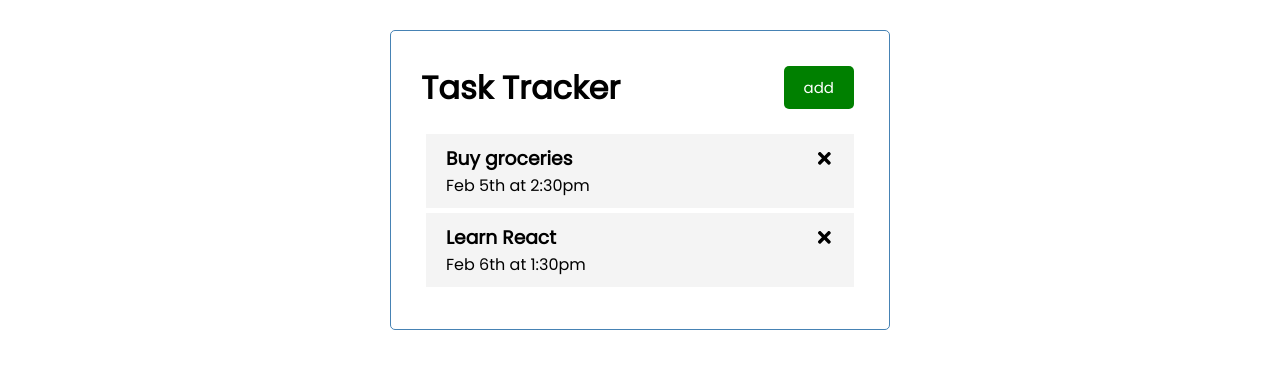
Repository: Samkiroko/task-tracker-app
Page: /
These files come from the project's save history. The page is drawn as it stood at one moment and after the next save; the edit follows.
The browser window is 1280 px wide. The pictures show the whole page.
The project was rebuilt for these pictures with package versions that can differ from the ones it lists, and the page was loaded fresh each time.

Above is the page before, as saved 2021-08-02 17:06:01.

### public/index.html
<!DOCTYPE html>
<html lang="en">

<head>
    <meta charset="utf-8" />
    <link rel="icon" href="%PUBLIC_URL%/favicon.ico" />
    <meta name="viewport" content="width=device-width, initial-scale=1" />
    <meta name="theme-color" content="#000000" />
    <meta name="description" content="Web site created using create-react-app" />
    <link rel="apple-touch-icon" href="%PUBLIC_URL%/logo192.png" />

    <link rel="manifest" href="%PUBLIC_URL%/manifest.json" />

    <title>Task tracker App</title>
</head>

<body>
    <div id="root"></div>
</body>

</html>

### src/index.css
@import url('https://fonts.googleapis.com/css2?family=Poppins:wght@300;400&display=swap');
* {
    box-sizing: border-box;
    margin: 0;
    padding: 0;
}

body {
    font-family: 'Poppins', sans-serif;
}

.container {
    max-width: 500px;
    margin: 30px auto;
    overflow: auto;
    min-height: 300px;
    border: 1px solid steelblue;
    padding: 30px;
    border-radius: 5px;
}

.header {
    display: flex;
    justify-content: space-between;
    align-items: center;
    margin-bottom: 20px;
}

.btn {
    display: inline-block;
    background: #000;
    color: #fff;
    border: none;
    padding: 10px 20px;
    margin: 5px;
    border-radius: 5px;
    cursor: pointer;
    text-decoration: none;
    font-size: 15px;
    font-family: inherit;
}

.btn:focus {
    outline: none;
}

.btn:active {
    transform: scale(0.98);
}

.btn-block {
    display: block;
    width: 100%;
}

.task {
    background: #f4f4f4;
    margin: 5px;
    padding: 10px 20px;
    cursor: pointer;
}

.task.reminder {
    border-left: 5px solid green;
}

.task h3 {
    display: flex;
    align-items: center;
    justify-content: space-between;
}

.add-form {
    margin-bottom: 40px;
}

.form-control {
    margin: 20px 0;
}

.form-control label {
    display: block;
}

.form-control input {
    width: 100%;
    height: 40px;
    margin: 5px;
    padding: 3px 7px;
    font-size: 17px;
}

.form-control-check {
    display: flex;
    align-items: center;
    justify-content: space-between;
}

.form-control-check label {
    flex: 1;
}

.form-control-check input {
    flex: 2;
    height: 20px;
}

footer {
    margin-top: 30px;
    text-align: center;
}

### src/App.js
import { useState } from 'react';
import Header from './components/Header';
import Task from './components/Tasks';

function App() {
  const [tasks, setTasks] = useState([
    {
      id: 1,
      text: 'Buy groceries',
      day: 'Feb 5th at 2:30pm',
      reminder: true,
    },
    {
      id: 2,
      text: 'Learn React',
      day: 'Feb 6th at 1:30pm',
      completed: false,
    },
  ]);
  return (
    <div className="container">
      <Header title="Task Tracker" />
      <Task tasks={tasks} />
    </div>
  );
}

export default App;

### src/components/Header.js
import React from 'react';
import Button from './Button';

const Header = ({ title }) => {
  const onClick = () => {
    console.log('Header clicked');
  };

  return (
    <header className="header">
      <h1>{title}</h1>
      <Button color="green" text="add" onClick={onClick} />
    </header>
  );
};

export default Header;

### src/components/Tasks.js
import Task from './Task';

const Tasks = ({ tasks }) => {
  return (
    <>
      {tasks.map((task) => (
        <Task key={task.id} task={task} />
      ))}
    </>
  );
};

export default Tasks;

### src/components/Button.js
import PropTypes from 'prop-types';
import React from 'react';

const Button = ({ color, text, onClick }) => {
  return (
    <button
      onClick={onClick}
      style={{ backgroundColor: color }}
      className="btn">
      {text}
    </button>
  );
};

Button.defaultProps = {
  color: 'steelblue',
};

Button.propTypes = {
  color: PropTypes.string,
  text: PropTypes.string,
  onClick: PropTypes.func,
};

export default Button;

### src/components/Task.js
import React from 'react';
import { FaTimes } from 'react-icons/fa';

const Task = ({ task }) => {
  return (
    <div className="task">
      <h3>
        {task.text}
        <FaTimes styles={{ color: 'red', cursor: 'pointer' }} />
      </h3>
      <p>{task.day}</p>
    </div>
  );
};

export default Task;

Loaded but not shown: src/index.js (common file)

After the next save:
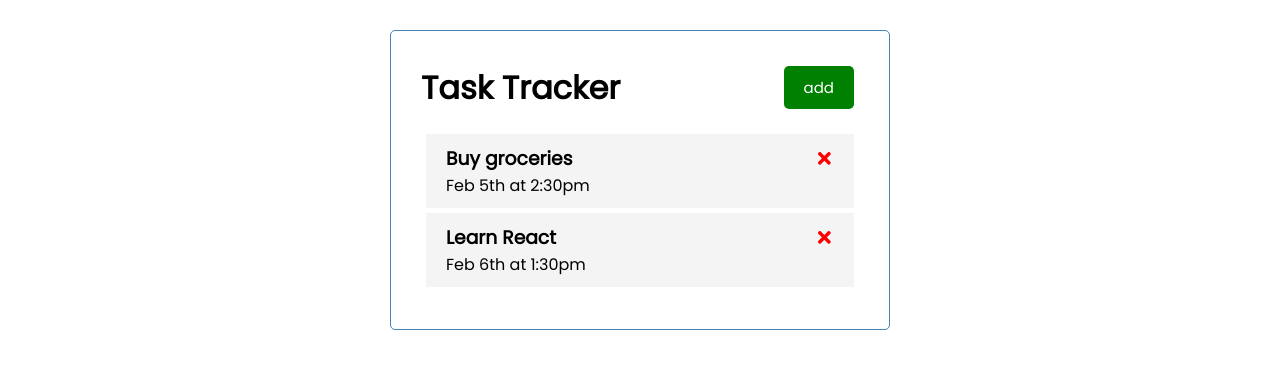
Saved 97 s later.
--- a/src/components/Task.js
+++ b/src/components/Task.js
@@ -6,7 +6,7 @@ const Task = ({ task }) => {
     <div className="task">
       <h3>
         {task.text}
-        <FaTimes styles={{ color: 'red', cursor: 'pointer' }} />
+        <FaTimes style={{ color: 'red', cursor: 'pointer' }} />
       </h3>
       <p>{task.day}</p>
     </div>
